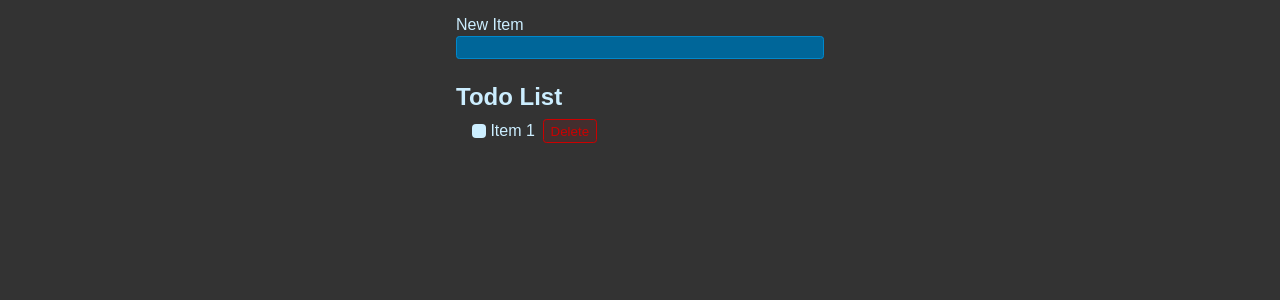
Repository: mix060514/react-bilibili-tutorial
Page: /
These files come from the project's save history. The page is drawn as it stood at one moment and after the next save; the edit follows.
The browser window is 1280 px wide. The pictures show the whole page.
The project was rebuilt for these pictures with package versions that can differ from the ones it lists, and the page was loaded fresh each time. Also part of the build but not shown: vite.config.js.

Above is the page before, as saved 2023-12-03 21:57:16.

After the next save:
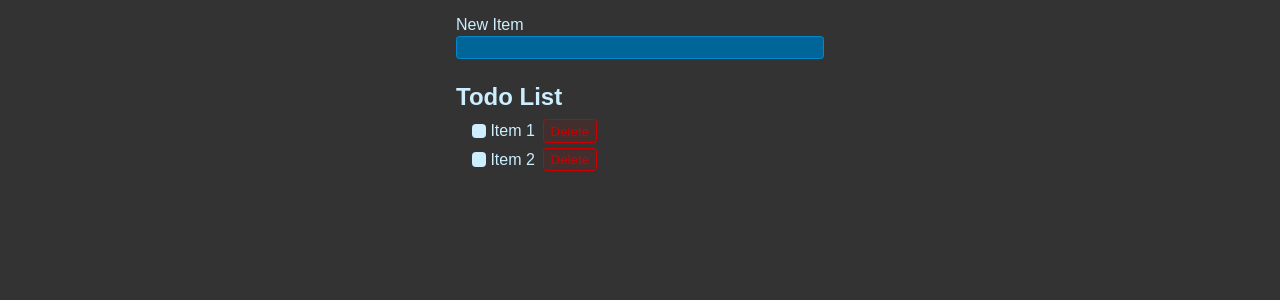
Saved 11 s later.
--- a/src/App.jsx
+++ b/src/App.jsx
@@ -18,6 +18,12 @@ export default function App() {
           </label>
           <button className="btn btn-danger">Delete</button>
         </li>
+        <li>
+          <label>
+            <input type="checkbox" /> Item 2
+          </label>
+          <button className="btn btn-danger">Delete</button>
+        </li>
       </ul>
     </>
   )
